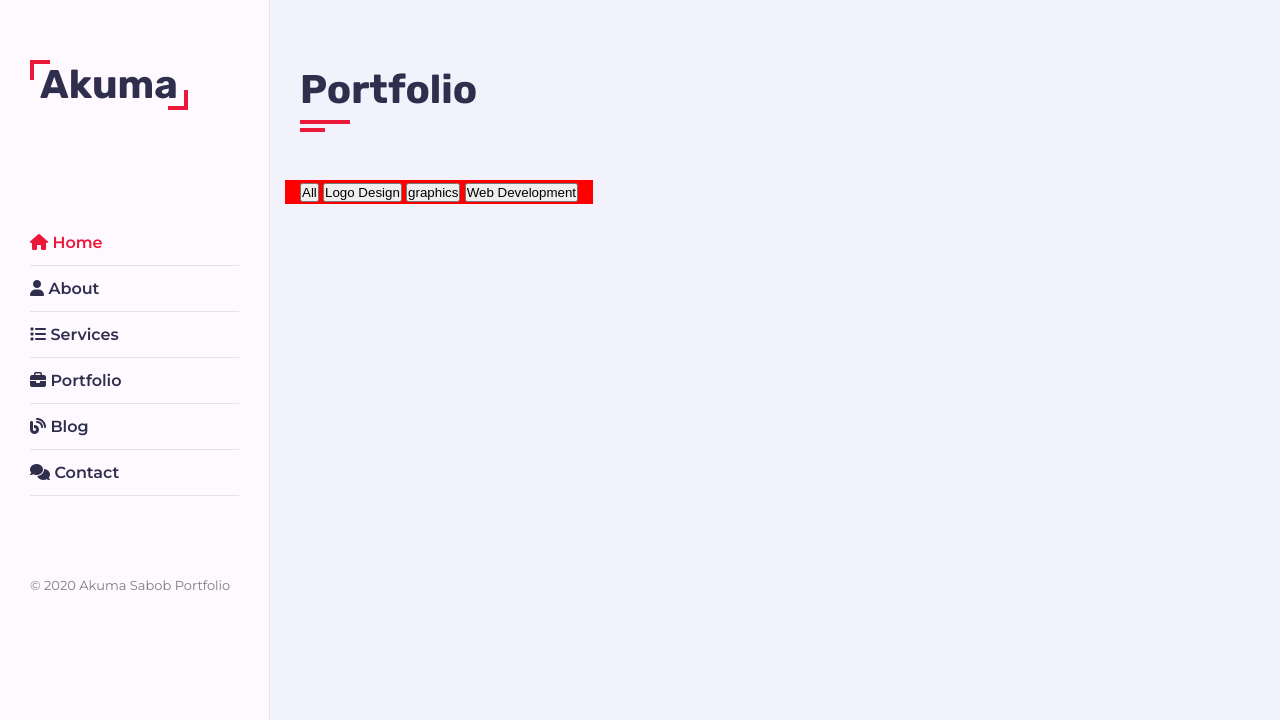
Repository: Akuma001/MY-Portfolio
Page: index.html
These files come from the project's save history. The page is drawn as it stood at one moment and after the next save; the edit follows.
The browser window is 1280 px wide. The pictures show the whole page.
Some web libraries are served in a nearby version.

Above is the page before, as saved 2020-12-15 22:43:52.

After the next save:
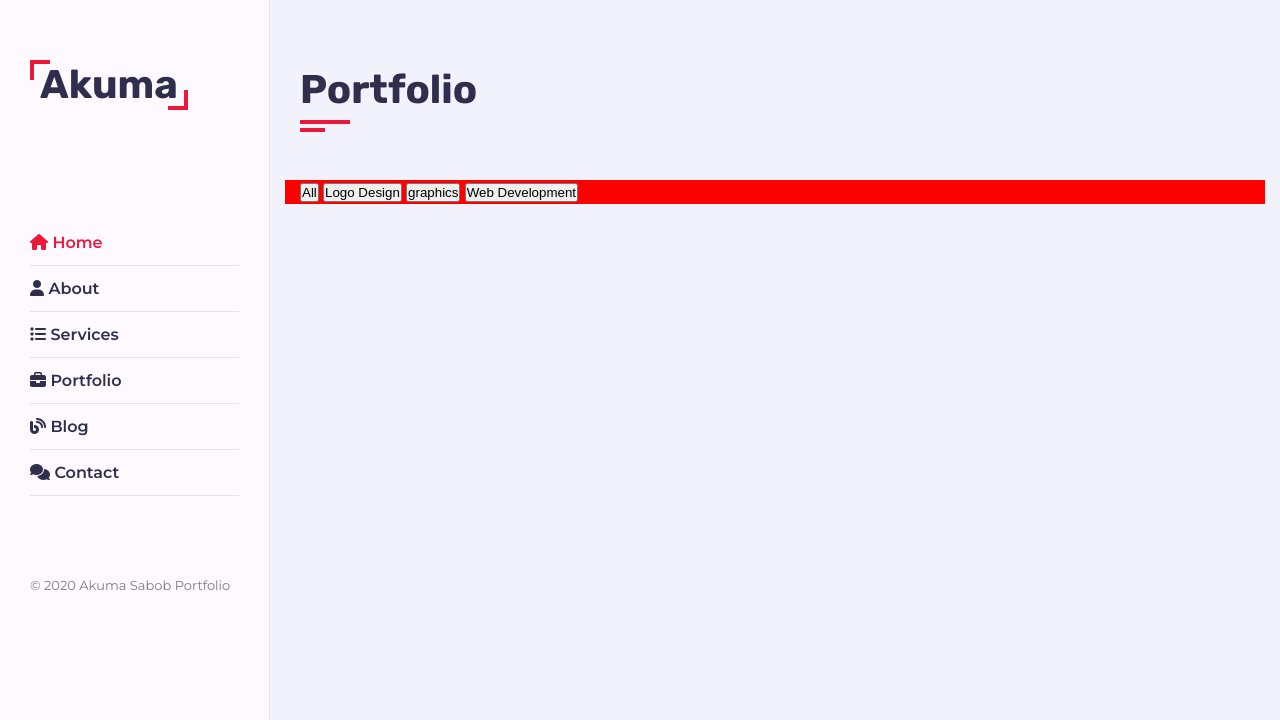
Saved 31 s later.
--- a/css/style.css
+++ b/css/style.css
@@ -547,4 +547,5 @@ body{
 
 .portfolio .portfolio-filter{
     background-color: red;
-}
+    flex: 0 0 100%;
+}
